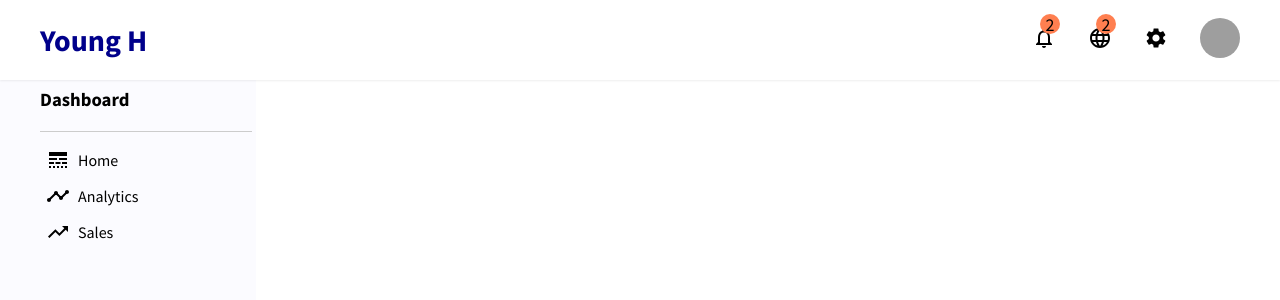
Repository: noname20011/admin
Page: /
The author's editor kept a copy of each file at every save. The page is drawn from the files as they stood at one save, then again after the next save.
The browser window is 1280 px wide. The pictures show the whole page.
The pointer rests on the first visible `.sidebarListItem`.
Pictures or frames that could not be fetched are drawn as grey boxes. The project was rebuilt for these pictures with package versions that can differ from the ones it lists, and the page was loaded fresh each time.

Above is the page before, as saved 2021-11-13 09:51:09.

### public/index.html
<!DOCTYPE html>
<html lang="en">
  <head>
    <meta charset="utf-8" />
    <link rel="icon" href="%PUBLIC_URL%/favicon.ico" />
    <meta name="viewport" content="width=device-width, initial-scale=1" />
    <meta name="theme-color" content="#000000" />
    <meta
      name="description"
      content="Web site created using create-react-app"
    />
    <!-- GOOGLE FONTS -->
    <link href="https://fonts.googleapis.com/css2?family=Source+Sans+Pro:wght@200;300;400;600;700;900&display=swap" rel="stylesheet">
    <style>
      * {
        font-family: 'Source Sans Pro', sans-serif;
        padding: 0;
        margin: 0;
      }
    </style>
    <title>React Admin App</title>
  </head>
  <body>
    <div id="root"></div>
  </body>
</html>

### src/App.js
import Topbar from "./comopnents/topbar/Topbar";
import Sidebar from "./comopnents/sidebar/Sidebar";
import './app.css'
function App() {
  return (
    <div>
      <Topbar/>
      <div className="container">
        <Sidebar/>
        <div className="other">

        </div>
      </div>
    </div>
  );
}

export default App;

### src/comopnents/topbar/Topbar.jsx
import React from 'react'
import './topbar.css'

import { Language, NotificationsNone, Settings  } from '@material-ui/icons'

export default function Topbar() {
    return (
        <div className="topbar">
            <div className="topbarWrapper">
                <div className="topLeft">
                    <div className="logo">Young H</div>
                </div>
                <div className="topRight">
                    <div className="topbarIconContainer">
                        <NotificationsNone/>
                        <div className="topIconsBadge">2</div>
                    </div>
                    <div className="topbarIconContainer">
                        <Language/>
                        <div className="topIconsBadge">2</div>
                    </div>
                    <div className="topbarIconContainer">
                        <Settings/>
                    </div>
                    <div>
                        <img src="https://images.pexels.com/photos/1526814/pexels-photo-1526814.jpeg?auto=compress&cs=tinysrgb&dpr=2&w=500" alt="admin" className="topAvatar"/>
                    </div>
                </div>
            </div>
        </div>
    )
}

### src/comopnents/sidebar/Sidebar.jsx
import { LineStyle, Timeline, TrendingUp } from '@material-ui/icons'
import React from 'react'
import "./sidebar.css"
export default function Sidebar() {
    return (
        <div className="sidebar">
            <div className="sidebarWrapper">
                <h3 className="sidebarTitle">Dashboard</h3>
                <ul className="sidebarLists">
                    <li className="sidebarListItem">
                        <LineStyle/>
                        Home
                    </li>
                    <li className="sidebarListItem">
                        <Timeline/>
                        Analytics
                    </li>
                    <li className="sidebarListItem">
                        <TrendingUp/>
                        Sales
                    </li>
                </ul>
            </div>
        </div>
    )
}

### src/app.css
ul, li {
    list-style: none;
}

a {
    text-decoration: none;
}

.container {
    display: flex;
}

.other {
    flex: 4;
}

### src/comopnents/topbar/topbar.css
.topbar {
    width: 100%;
    height: 80px;
    background: #fff;
    box-shadow: 0 .5px 2px rgba(0, 0, 0, 0.07);

    position: sticky;
    top: 0;
    z-index: 1000;
}

.topbarWrapper {
    height: 100%;
    padding: 0 40px;
    display: flex;
    justify-content: space-between;
    align-items: center;
}

.logo {
    font-weight: bold;
    font-size: 30px;
    color: darkblue;
    cursor: pointer;
}

.topRight {
    display: flex;
    align-items: center;
    column-gap: 2rem;
}
.topbarIconContainer {
    position: relative;
    cursor: pointer;
}

.topIconsBadge {
    font-size: 18px;
    position: absolute;
    top: -12px;
    right: -4px;

    width: 20px;
    height: 20px;
    background-color: coral;
    border-radius: 50%;

    display: flex;
    place-content: center;
    place-items: center;
}

.topAvatar {
    width: 40px;
    height: 40px;
    object-fit: cover;
    border-radius: 50%;
}

### src/comopnents/sidebar/sidebar.css
.sidebar {
    flex: 1;
    background-color: rgb(251, 251, 255);
    position: sticky;
    top: 80px;
    height: calc(100vh - 80px);
}

.sidebarWrapper {
    padding: 8px 4px 0 40px;
}

.sidebarTitle {
    padding-bottom: 20px;
    margin-bottom: 10px;
    border-bottom: 1px solid #ccc;
}

.sidebarListItem {
    display: flex;
    align-items: center;
    column-gap: .5rem;
    padding: 6px;
    cursor: pointer;
}

Loaded but not shown: src/index.js (common file)

After the next save:
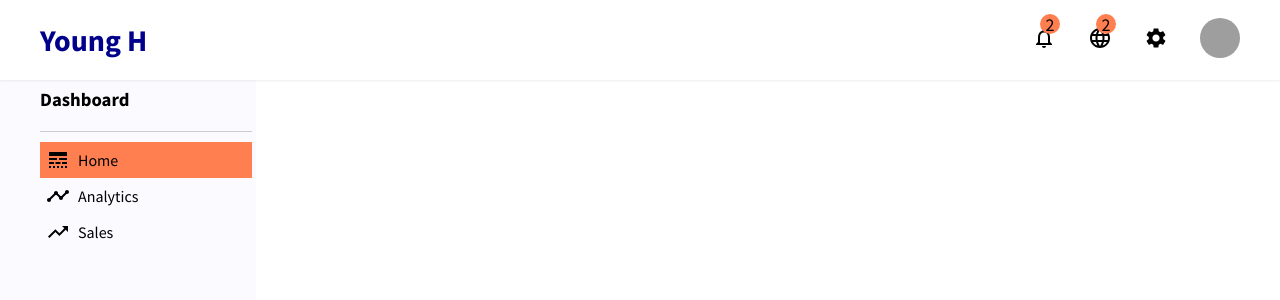
Saved 42 s later.
--- a/src/comopnents/sidebar/sidebar.css
+++ b/src/comopnents/sidebar/sidebar.css
@@ -23,3 +23,7 @@
     padding: 6px;
     cursor: pointer;
 }
+
+.sidebarListItem:hover {
+    background: coral;
+}
